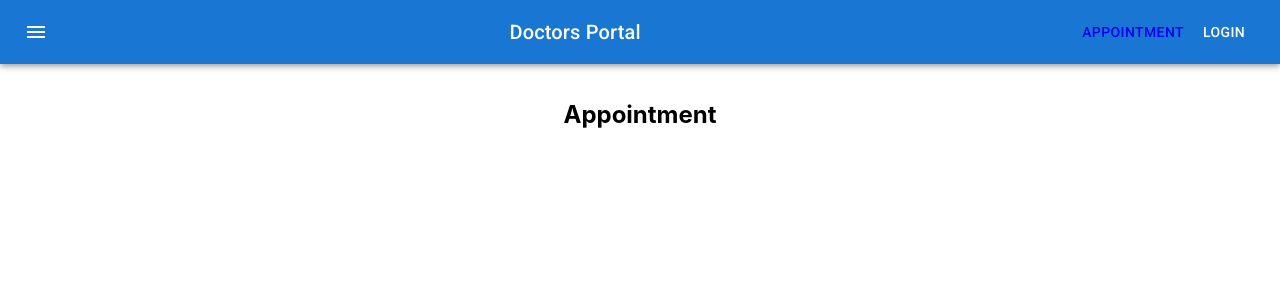
Repository: Sharif-00112/doctors-portal-client
Page: /appointment
These files come from the project's save history. The page is drawn as it stood at one moment and after the next save; the edit follows.
The browser window is 1280 px wide. The pictures show the whole page.
The project was rebuilt for these pictures with package versions that can differ from the ones it lists, and the page was loaded fresh each time. Also part of the build but not shown: src/Pages/Home/AppointmentBanner/AppointmentBanner.js, src/Pages/Home/Banner/Banner.js, src/Pages/Home/Service/Service.js, src/Pages/Home/Services/Services.js, src/Pages/Home/Home/Home.js.

Above is the page before, as saved 2022-11-02 11:40:04.

### public/index.html
<!DOCTYPE html>
<html lang="en">
  <head>
    <meta charset="utf-8" />
    <link rel="icon" href="%PUBLIC_URL%/favicon.ico" />
    <meta name="viewport" content="width=device-width, initial-scale=1" />
    <meta name="theme-color" content="#000000" />
    <meta
      name="description"
      content="Web site created using create-react-app"
    />
    <link
      rel="stylesheet" href="https://fonts.googleapis.com/css?family=Roboto:300,400,500,700&display=swap"
    />

    <link rel="apple-touch-icon" href="%PUBLIC_URL%/logo192.png" />
    <!--
      manifest.json provides metadata used when your web app is installed on a
      user's mobile device or desktop. See https://developers.google.com/web/fundamentals/web-app-manifest/
    -->
    <link rel="manifest" href="%PUBLIC_URL%/manifest.json" />
    <!--
      Notice the use of %PUBLIC_URL% in the tags above.
      It will be replaced with the URL of the `public` folder during the build.
      Only files inside the `public` folder can be referenced from the HTML.

      Unlike "/favicon.ico" or "favicon.ico", "%PUBLIC_URL%/favicon.ico" will
      work correctly both with client-side routing and a non-root public URL.
      Learn how to configure a non-root public URL by running `npm run build`.
    -->
    <title>React App</title>
  </head>
  <body>
    <noscript>You need to enable JavaScript to run this app.</noscript>
    <div id="root"></div>
    <!--
      This HTML file is a template.
      If you open it directly in the browser, you will see an empty page.

      You can add webfonts, meta tags, or analytics to this file.
      The build step will place the bundled scripts into the <body> tag.

      To begin the development, run `npm start` or `yarn start`.
      To create a production bundle, use `npm run build` or `yarn build`.
    -->
  </body>
</html>

### src/App.js
import './App.css';
import { BrowserRouter as Router, Route, Routes} from 'react-router-dom';
import Home from './Pages/Home/Home/Home';
import Appointment from './Pages/Appointment/Appointment/Appointment';

function App() {
  return (
    <div className="App">
      <Router>
        {/* <Header></Header> */}
        <Routes>
          <Route exact path = '/' element={<Home/>}/>
          <Route exact path = '/home' element={<Home/>}/>
          <Route exact path = '/appointment' element={<Appointment/>}/>
          <Route exact path = '*' element={<Home/>}/>
        </Routes>
        {/* <Footer></Footer> */}
      </Router>
    </div>
  );
}

export default App;

### src/Pages/Appointment/Appointment/Appointment.js
import React from 'react';
import Navigation from '../../Shared/Navigation/Navigation';

const Appointment = () => {
    return (
        <div>
            <Navigation></Navigation>
            <h2>Appointment</h2>
        </div>
    );
};

export default Appointment;

### src/Pages/Shared/Navigation/Navigation.js
import React from 'react';
import AppBar from '@mui/material/AppBar';
import Box from '@mui/material/Box';
import Toolbar from '@mui/material/Toolbar';
import Typography from '@mui/material/Typography';
import Button from '@mui/material/Button';
import IconButton from '@mui/material/IconButton';
import MenuIcon from '@mui/icons-material/Menu';
import { Link } from 'react-router-dom';

const Navigation = () => {
    return (
        <div>
            <Box sx={{ flexGrow: 1, pb:2 }}>
                <AppBar position="static">
                    <Toolbar>
                        <IconButton
                            size="large"
                            edge="start"
                            color="inherit"
                            aria-label="menu"
                            sx={{ mr: 2 }}
                        >
                            <MenuIcon />
                        </IconButton>
                        <Typography variant="h6" component="div" sx={{ flexGrow: 1 }}>
                            Doctors Portal
                        </Typography>
                        <Link to = '/appointment'>
                            <Button color="inherit">Appointment</Button>
                        </Link>
                        <Button color="inherit">Login</Button>
                    </Toolbar>
                </AppBar>
            </Box>
        </div>
    );
};

export default Navigation;

### src/Pages/Appointment/AppointmentHeader/AppointmentHeader.js
import React from 'react';

const AppointmentHeader = () => {
    return (
        <div>
            <h2>Appointment Header</h2>
        </div>
    );
};

export default AppointmentHeader;

### src/Pages/Appointment/AvailableAppointments/AvailableAppointments.js
import React from 'react';

const AvailableAppointments = () => {
    return (
        <div>
            <h2>Available Appointments</h2>
        </div>
    );
};

export default AvailableAppointments;

Loaded but not shown: src/index.js (common file); src/index.css (common file); src/reportWebVitals.js (common file); src/App.css (common file)

After the next save:
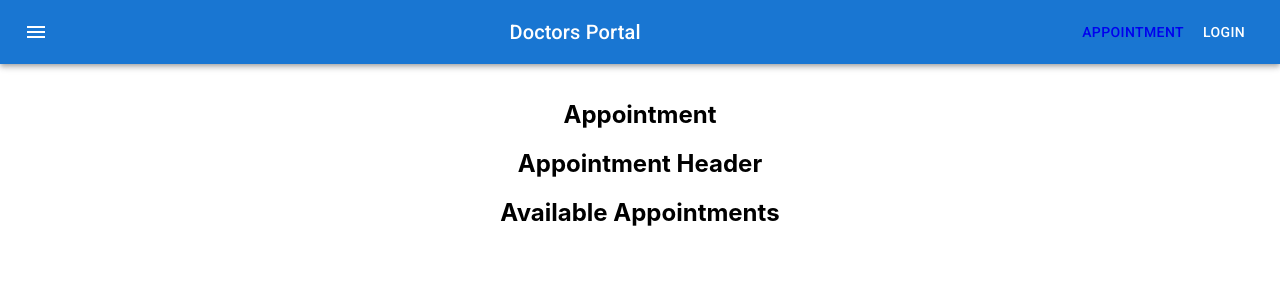
Saved 52 s later.
--- a/src/Pages/Appointment/Appointment/Appointment.js
+++ b/src/Pages/Appointment/Appointment/Appointment.js
@@ -1,11 +1,15 @@
 import React from 'react';
 import Navigation from '../../Shared/Navigation/Navigation';
+import AppointmentHeader from '../AppointmentHeader/AppointmentHeader';
+import AvailableAppointments from '../AvailableAppointments/AvailableAppointments';
 
 const Appointment = () => {
     return (
         <div>
             <Navigation></Navigation>
             <h2>Appointment</h2>
+            <AppointmentHeader></AppointmentHeader>
+            <AvailableAppointments></AvailableAppointments>
         </div>
     );
 };
